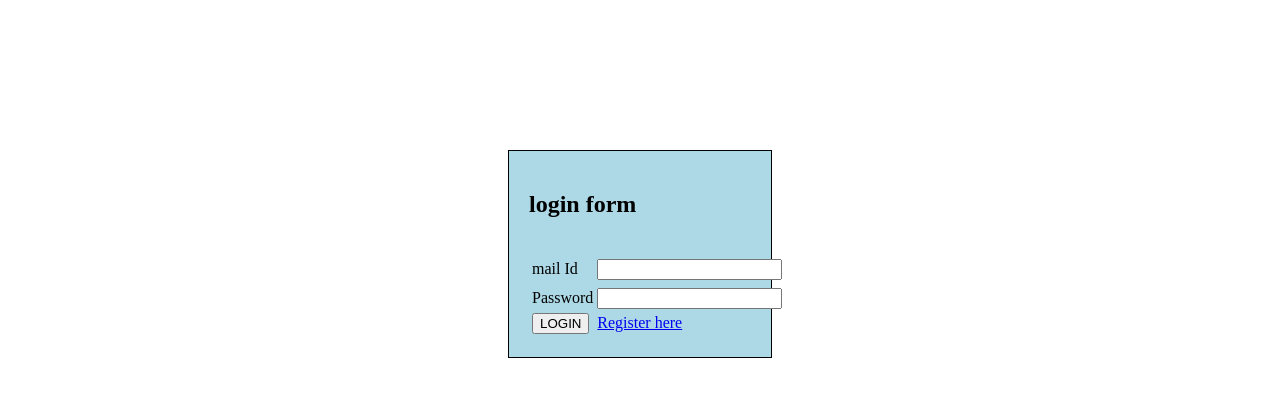
Repository: zeeshan495/Banking_project
Page: http://localhost/Banking/loginUrl
An editor plug-in stored every save of this project. The page is shown before and after the next save, followed by the edit.
The browser window is 1280 px wide. The pictures show the whole page.
The page is served by Tomcat 9.

Above is the page before, as saved 2018-11-09 05:58:49.

After the next save:
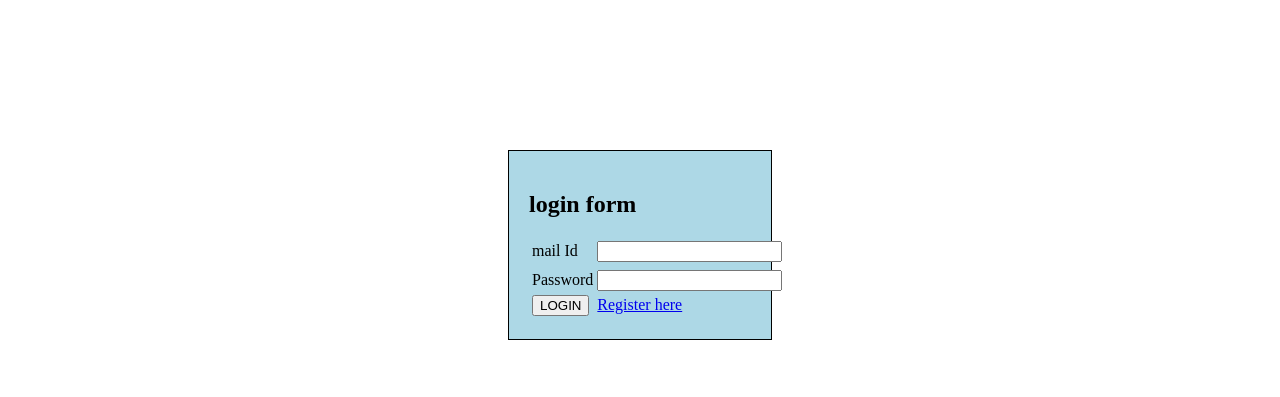
Saved 38 s later.
--- a/Banking/WebContent/LoginForm.jsp
+++ b/Banking/WebContent/LoginForm.jsp
@@ -9,8 +9,7 @@
 </head>
 <body>
 <div class="login">
-<h2>login form</h2>
-<br>
+<h2>	login form</h2>
 <table>
 				<tr>
 					<td>mail Id</td>
